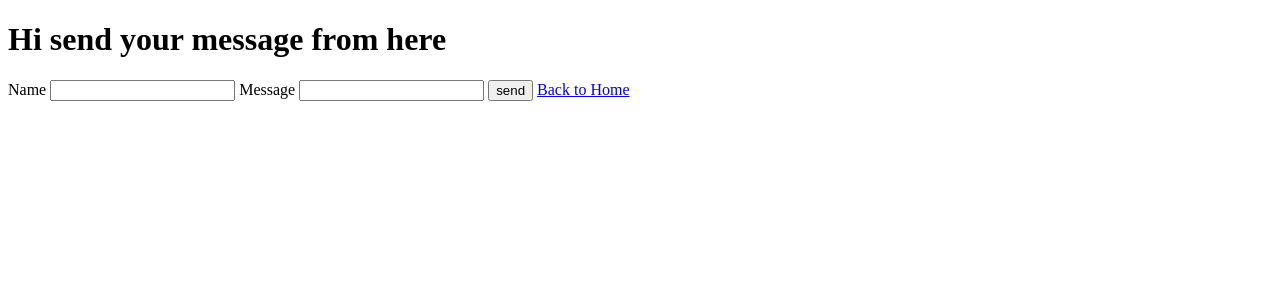
Repository: 05Mohammedismail/xworkz--Advance-Java
Page: Sep08_Servlets(HTML content as the HTTP response)/src/main/webapp/message.html
These files come from the project's save history. The page is drawn as it stood at one moment and after the next save; the edit follows.
The browser window is 1280 px wide. The pictures show the whole page.

Above is the page before, as saved 2023-09-10 18:45:57.

After the next save:
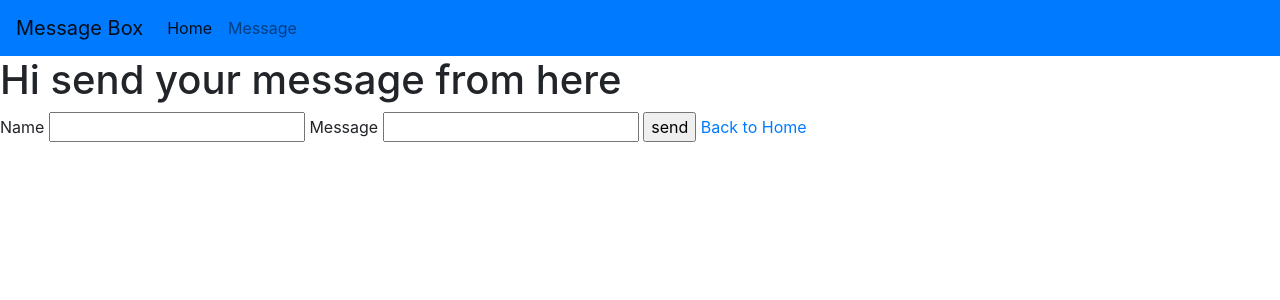
Saved 21 s later.
--- a/Sep08_Servlets(HTML content as the HTTP response)/src/main/webapp/message.html
+++ b/Sep08_Servlets(HTML content as the HTTP response)/src/main/webapp/message.html
@@ -2,9 +2,27 @@
 <html>
 <head>
 <meta charset="ISO-8859-1">
+<meta name="viewport" content="width=device-width, initial-scale=1, shrink-to-fit=no">
+<link rel="stylesheet" href="https://cdn.jsdelivr.net/npm/bootstrap@4.0.0/dist/css/bootstrap.min.css" integrity="sha384-Gn5384xqQ1aoWXA+058RXPxPg6fy4IWvTNh0E263XmFcJlSAwiGgFAW/dAiS6JXm" crossorigin="anonymous">
 <title>Insert title here</title>
 </head>
 <body>
+<nav class="navbar navbar-expand-lg navbar-light bg-primary">
+  <a class="navbar-brand" href="#">Message Box</a>
+  <button class="navbar-toggler" type="button" data-toggle="collapse" data-target="#navbarNav" aria-controls="navbarNav" aria-expanded="false" aria-label="Toggle navigation">
+    <span class="navbar-toggler-icon"></span>
+  </button>
+  <div class="collapse navbar-collapse" id="navbarNav">
+    <ul class="navbar-nav">
+      <li class="nav-item active">
+        <a class="nav-link" href="#">Home <span class="sr-only">(current)</span></a>
+      </li>
+      <li class="nav-item">
+        <a class="nav-link" href="message.html">Message</a>
+      </li>
+    </ul>
+  </div>
+</nav>
 <h1>Hi send your message from here</h1>
 <form action="ping.pong">
 Name <input type="text" name="name">
